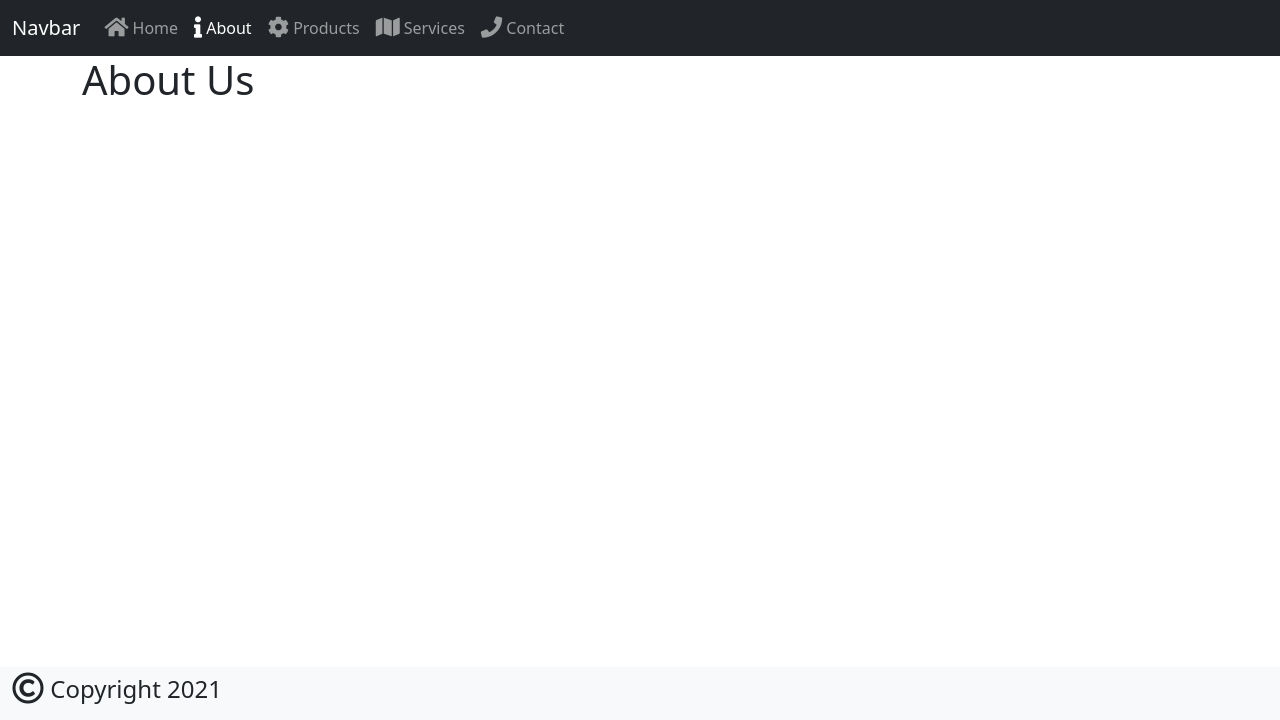
Repository: evanpalmer002/WEBD6201-ICE4
Page: about.html
These files come from the project's save history. The page is drawn as it stood at one moment and after the next save; the edit follows.
The browser window is 1280 px wide. The pictures show the whole page.

Above is the page before, as saved 2021-01-20 16:20:34.
Console error: SyntaxError: Unexpected token 'case'

### about.html
<!DOCTYPE html>
<html lang="en">
<head>
    <meta charset="UTF-8">
    <meta name="viewport" content="width=device-width, initial-scale=1.0">
    <title>About</title>
    <!-- CSS Section -->
    <link rel="stylesheet" href="./node_modules/bootstrap/dist/css/bootstrap.min.css">
    <link rel="stylesheet" href="./node_modules/@fortawesome//fontawesome-free/css/all.min.css">
    <link rel="stylesheet" href="./Content/app.css">
</head>
<body>
    <!-- Main Navigation -->
    <header>
        <nav class="navbar navbar-expand-lg navbar-dark bg-dark justify-content-end">
            <div class="container-fluid">
              <a class="navbar-brand" href="index.html">Navbar</a>
              <button class="navbar-toggler" type="button" data-bs-toggle="collapse" data-bs-target="#navbarSupportedContent" aria-controls="navbarSupportedContent" aria-expanded="false" aria-label="Toggle navigation">
                <span class="navbar-toggler-icon"></span>
              </button>
              <div class="collapse navbar-collapse" id="navbarSupportedContent">

                <ul class="navbar-nav">

                  <li class="nav-item">
                    <a id="home" class="nav-link" aria-current="page" href="index.html"><i class="fas fa-home fa-lg"></i> Home</a>
                  </li>

                  <li class="nav-item">
                    <a id="about" class="nav-link active" href="about.html"><i class="fas fa-info fa-lg"></i> About</a>
                  </li>

                  <li class="nav-item">
                    <a id="products" class="nav-link" href="products.html"><i class="fas fa-cog fa-lg"></i> Products</a>
                  </li>

                  <li class="nav-item">
                    <a id="services" class="nav-link" href="services.html"><i class="fas fa-map fa-lg"></i> Services</a>
                  </li>

                  <li class="nav-item">
                    <a id="contact" class="nav-link" href="contact.html"><i class="fas fa-phone fa-lg"></i> Contact</a>
                  </li>

                </ul>
              </div>
            </div>
          </nav>
    </header>

    <main class="container">
        <h1>About Us</h1>
    </main>

    <footer>
        <nav class="navbar fixed-bottom navbar-light bg-light">
            <div class="container-fluid">
              <h4><i class="far fa-copyright fa-lg"></i> Copyright 2021</h4>
            </div>
          </nav>
    </footer>

    <!-- JavaScript Section -->
    <script src="./node_modules/jquery/dist/jquery.min.js"></script>
    <script src="./node_modules/bootstrap/dist/js/bootstrap.bundle.min.js"></script>
    <script src="./Scripts/app.js"></script>
</body>
</html>

### Scripts/app.js
/*custon javascript  goes here */

// - Immediately invoked function Expression

(function()
{
    "use strict";
    function Start()
    {
        switch(document.title)
            case 'home':
                break;
            case 'about'
                break;
            case 'Products':
                break;
                 case 'Services'
                break;
                case 'Contact'
                break;
        console.log("App Started...");

        /*
        let paragraphOneContent = "This is my first paragraph"
        //Selection
        let paragraphOne = document.getElementById("paragraphOne");
        paragraphOne.textContent = paragraphOneContent;

        //Step 1 Create a new element
        let paragraphTwo = document.createElement("p");
        //Step 2 Configure the new element
        paragraphTwo.setAttribute("id", "paragraphTwo");
        paragraphTwo.textContent = "This is my second paragraph";
        paragraphTwo.className = "fs-4 fw-bold";
        //Step 3 Target the parent element
        let mainContent = document.querySelector("main");
        //Step 4 Append the new element to the parent
        mainContent.appendChild(paragraphTwo);

        let newDivTag = document.createElement("div");
        newDivTag.innerHTML =
        `<h2>This is my second heading</h2>
        <p #id = paragraphThree> This is the third paragraph </p>`;


        mainContent.append(newDivTag);

        //paragraphOne.after(newDivTag);

        //paragraphOne.before(newDivTag);
        */
    }

    window.addEventListener("load", Start);
})();

Loaded but not shown: node_modules/bootstrap/dist/css/bootstrap.min.css (library); node_modules/@fortawesome/fontawesome-free/css/all.min.css (library); node_modules/jquery/dist/jquery.min.js (library); node_modules/bootstrap/dist/js/bootstrap.bundle.min.js (library); Content/app.css (no copy from this time; the picture is the same without it)

After the next save:
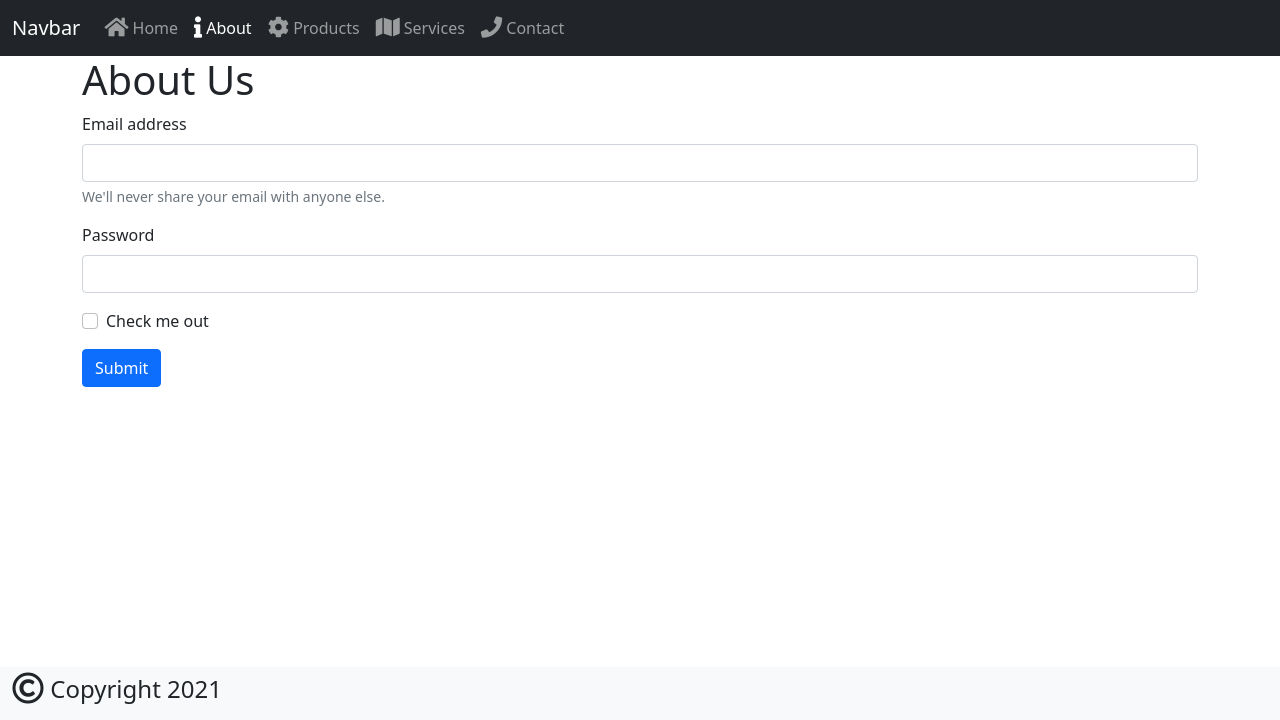
Saved 4 min 20 s later.
--- a/about.html
+++ b/about.html
@@ -50,6 +50,23 @@
 
     <main class="container">
         <h1>About Us</h1>
+
+        <form>
+          <div class="mb-3">
+            <label for="exampleInputEmail1" class="form-label">Email address</label>
+            <input type="email" class="form-control" id="exampleInputEmail1" aria-describedby="emailHelp">
+            <div id="emailHelp" class="form-text">We'll never share your email with anyone else.</div>
+          </div>
+          <div class="mb-3">
+            <label for="exampleInputPassword1" class="form-label">Password</label>
+            <input type="password" class="form-control" id="exampleInputPassword1">
+          </div>
+          <div class="mb-3 form-check">
+            <input type="checkbox" class="form-check-input" id="exampleCheck1">
+            <label class="form-check-label" for="exampleCheck1">Check me out</label>
+          </div>
+          <button type="submit" class="btn btn-primary">Submit</button>
+        </form>
     </main>
 
     <footer>
